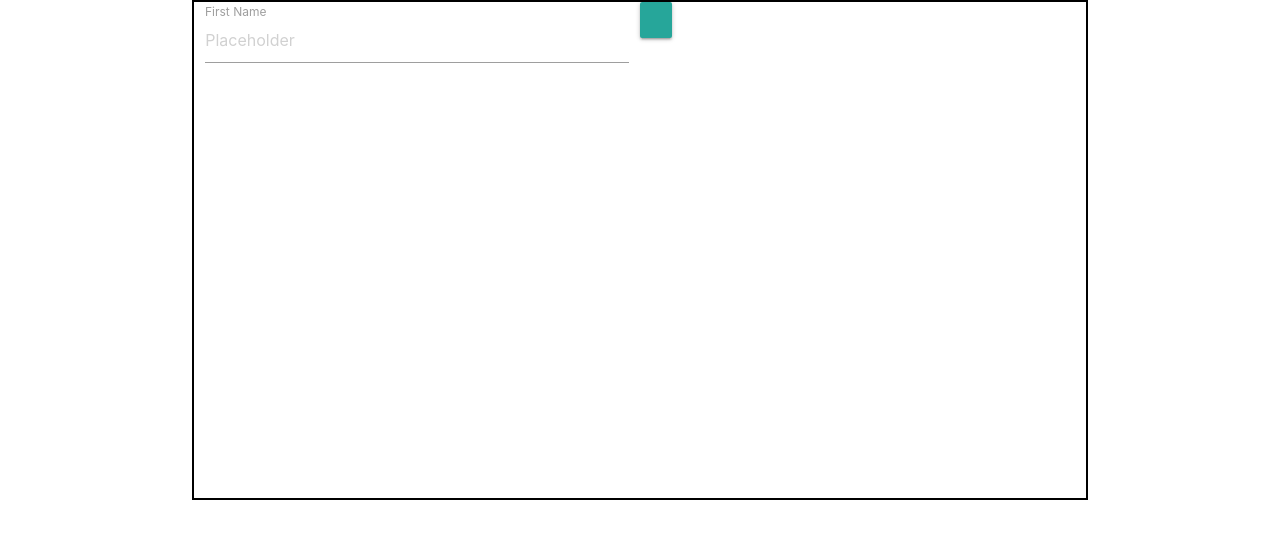
Repository: Aaron-R-Carter/Project1
Page: prototype.html
These files come from the project's save history. The page is drawn as it stood at one moment and after a run of saves; the edit follows.
The browser window is 1280 px wide. The pictures show the whole page.

Above is the page before, as saved 2019-10-31 21:09:26.
Console error: SyntaxError: Unexpected token '<'

After the next 4 saves:
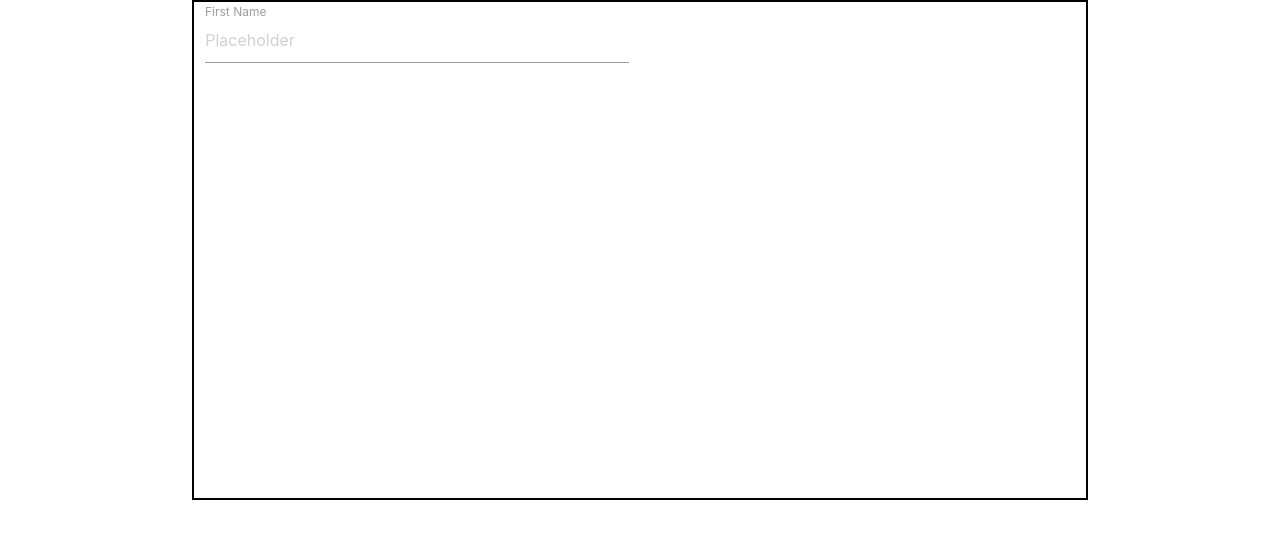
The 4 saves are shown as one change because they came seconds apart.
The last was saved 14 s later.
--- a/prototype.html
+++ b/prototype.html
@@ -25,7 +25,7 @@
         <form id="ingredient-add-btn" class="row">
 
             <!-- Button will trigger new ingredient to be added -->
-            <div
+            <div class=col s 12
             <input id="add " class="btn btn-primary mb-2" type="submit" value="add ingredient">
         </form>
 
